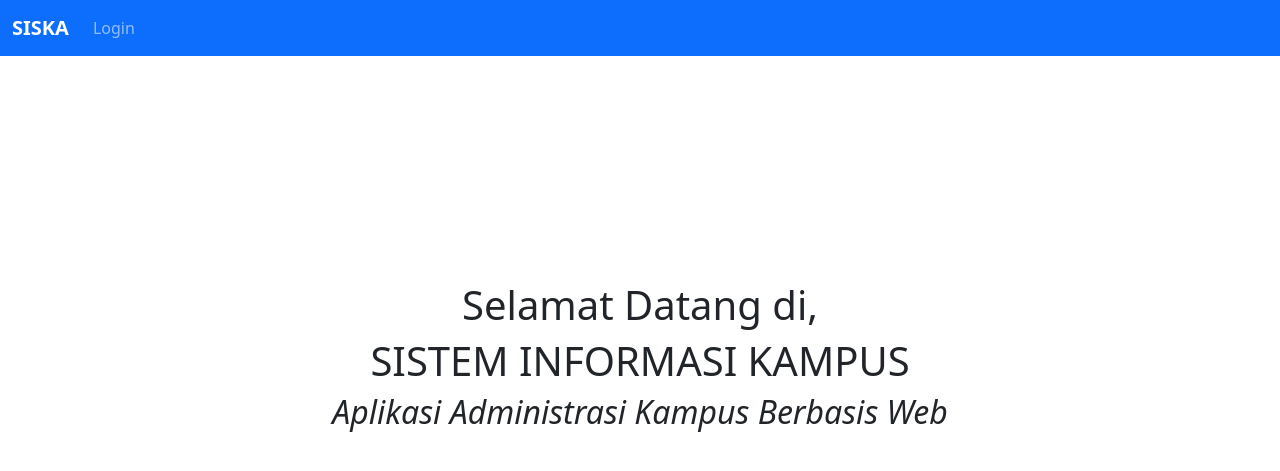
Repository: WiraAtma/administrasi-kampus
Page: http://localhost/
The author's editor kept a copy of each file at every save. The page is drawn from the files as they stood at one save, then again after the next save.
The browser window is 1280 px wide. The pictures show the whole page.
The page is served by the project's Laravel application, run on PHP 8.4 with Laravel 12.

Above is the page before, as saved 2024-10-25 15:29:19.

After the next save:
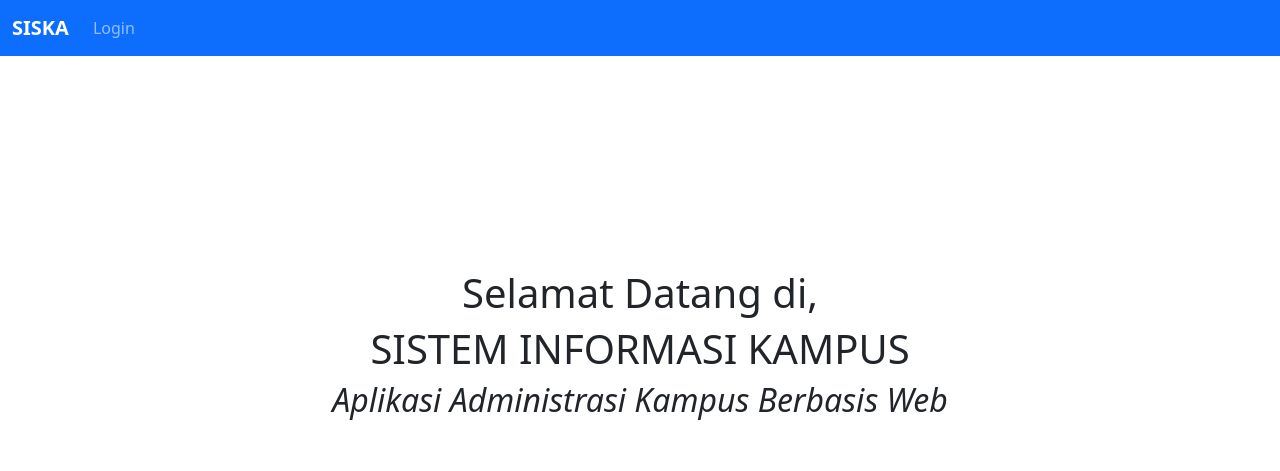
Saved 12 s later.
--- a/resources/views/home.blade.php
+++ b/resources/views/home.blade.php
@@ -8,7 +8,7 @@
         <h1>Selamat Datang di, </h1>
         <h1>SISTEM INFORMASI KAMPUS</h1>
         <h2><i>Aplikasi Administrasi Kampus Berbasis Web</i></h2>
-        <a href=""></a>
+        <a class="btn btn" href=""></a>
     </div>
 
 </div>
